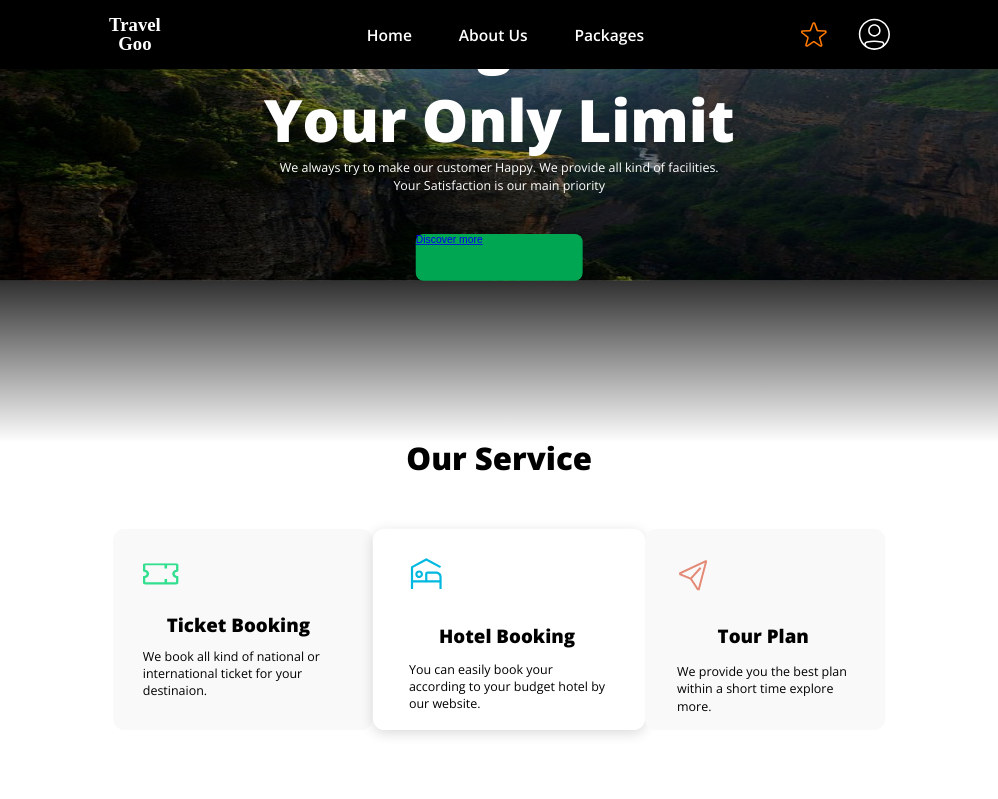
Repository: simralgasimov/back-project
Page: index.html
These files come from the project's save history. The page is drawn as it stood at one moment and after the next save; the edit follows.
The browser window is 1280 px wide. The pictures show the whole page, at 78% of full size.
Some web fonts or font styles are not loaded; a fallback is used.

Above is the page before, as saved 2023-09-27 13:40:34.

After the next save:
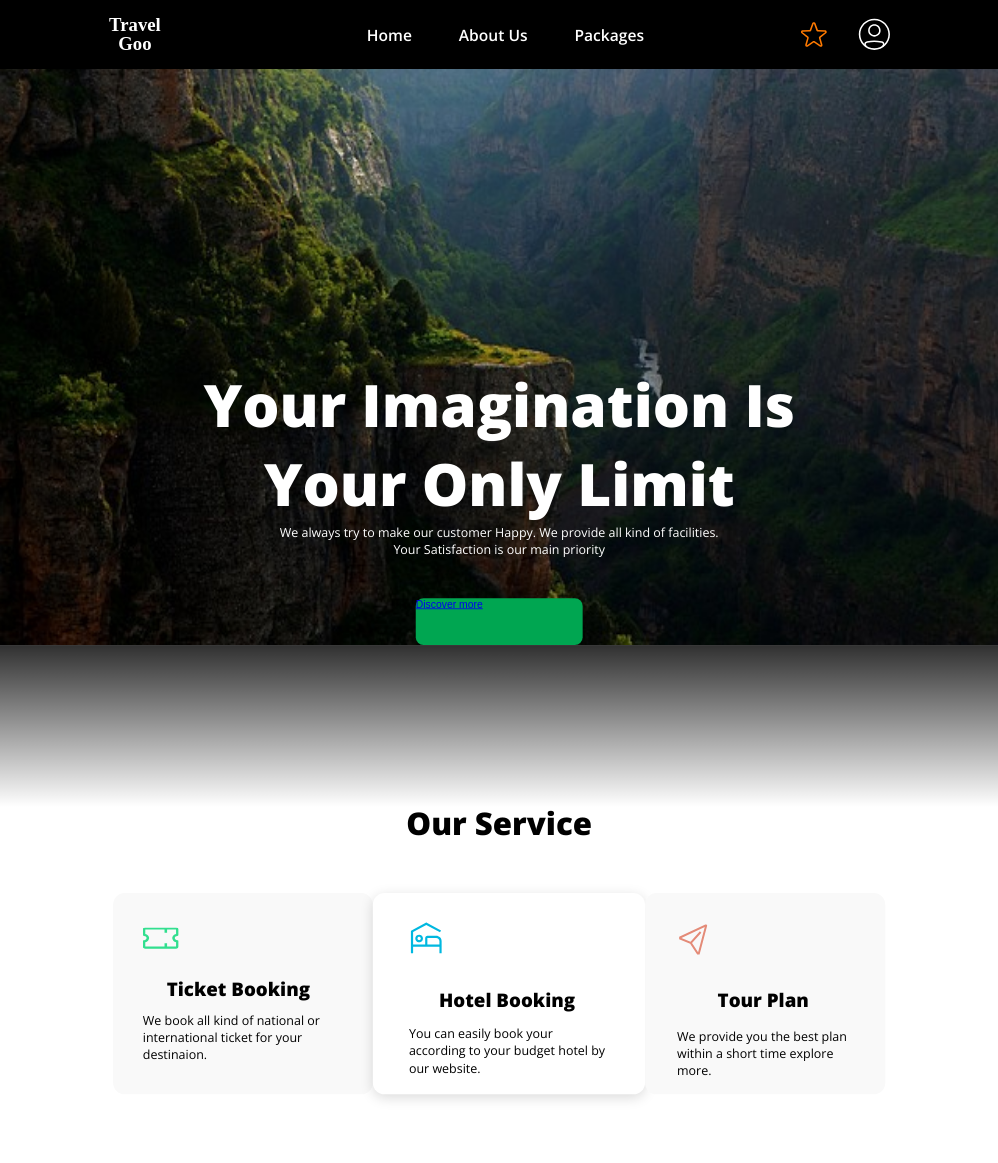
Saved 4 s later.
--- a/index.css
+++ b/index.css
@@ -27,7 +27,7 @@
 }
 .container-1{
   /* padding: 381px ; */
-  padding-top: ;
+  padding-top: 467px;
   background-image: url("./canyon-1740973_640.jpg");
   background-repeat: no-repeat;
   background-size: 100% 100%;
